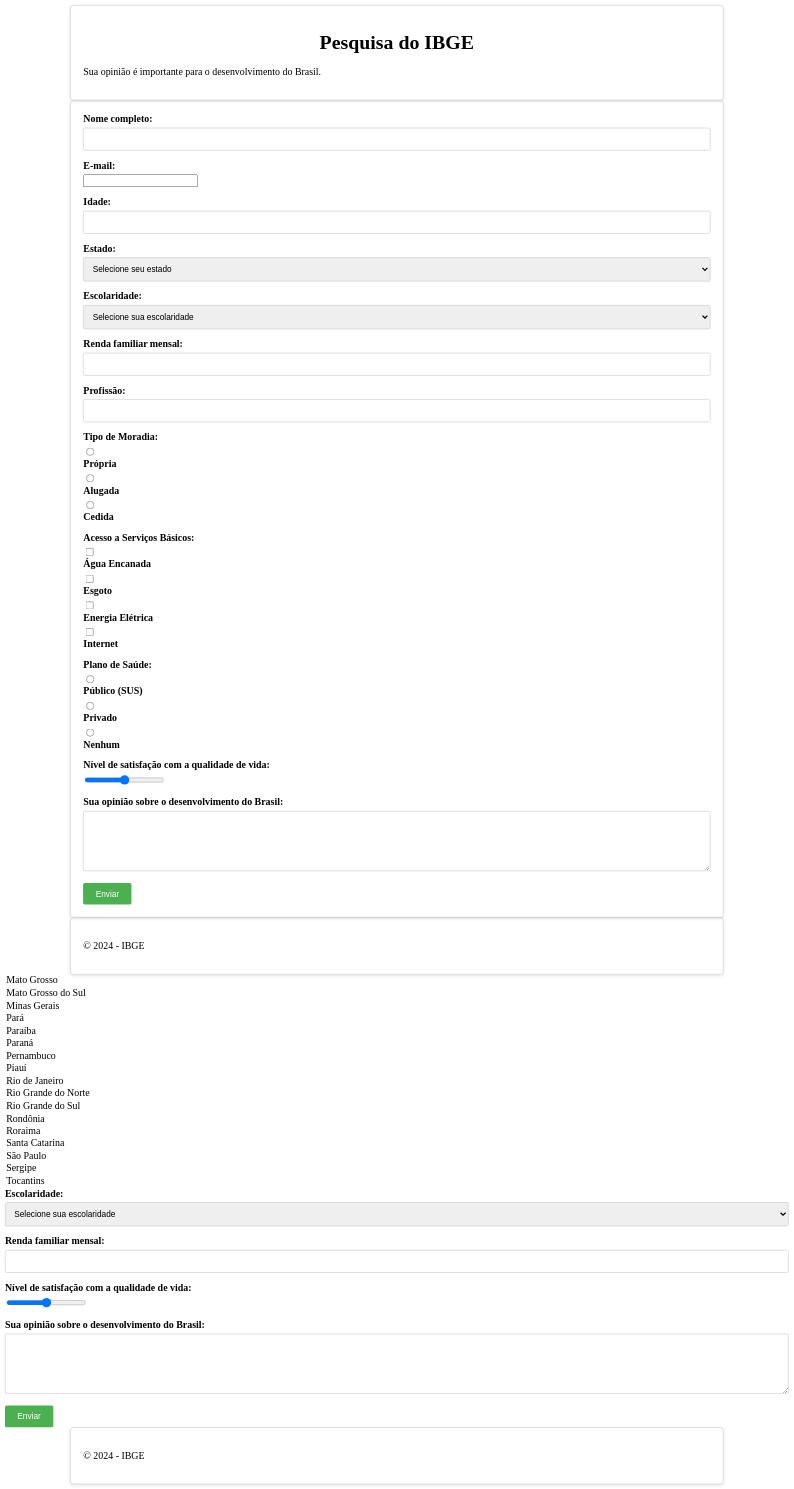
Repository: Gabrielb0rn/Projeto-Formul-rio.io
Page: index.html
An editor plug-in stored every save of this project. The page is shown before and after the next save, followed by the edit.
The browser window is 1280 px wide. The pictures show the whole page, at 62% of full size.

Above is the page before, as saved 2024-06-27 11:48:03.
Not found: assets/script.js

After the next save:
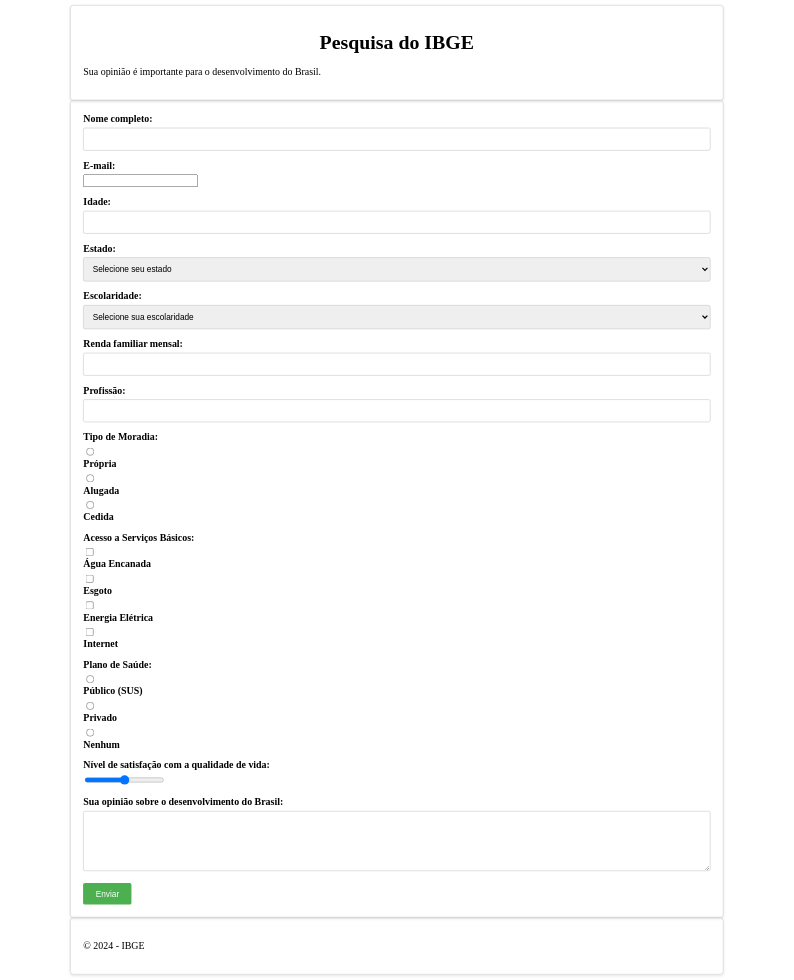
Saved 16 s later.
--- a/index.html
+++ b/index.html
@@ -127,60 +127,3 @@
                             <script src="assets/script.js"></script>
                         </body>
                         </html>
-
-                        <option value="MT">Mato Grosso</option>
-                        <option value="MS">Mato Grosso do Sul</option>
-                        <option value="MG">Minas Gerais</option>
-                        <option value="PA">Pará</option>
-                        <option value="PB">Paraíba</option>
-                        <option value="PR">Paraná</option>
-                        <option value="PE">Pernambuco</option>
-                        <option value="PI">Piauí</option>
-                        <option value="RJ">Rio de Janeiro</option>
-                        <option value="RN">Rio Grande do Norte</option>
-                        <option value="RS">Rio Grande do Sul</option>
-                        <option value="RO">Rondônia</option>
-                        <option value="RR">Roraima</option>
-                        <option value="SC">Santa Catarina</option>
-                        <option value="SP">São Paulo</option>
-                        <option value="SE">Sergipe</option>
-                        <option value="TO">Tocantins</option>
-                    </select>
-                </div>
-                <div class="form-group">
-                    <label for="escolaridade">Escolaridade:</label>
-                    <select id="escolaridade" name="escolaridade" required>
-                        <option value="">Selecione sua escolaridade</option>
-                        <option value="Fundamental Incompleto">Fundamental Incompleto</option>
-                        <option value="Fundamental Completo">Fundamental Completo</option>
-                        <option value="Médio Incompleto">Médio Incompleto</option>
-                        <option value="Médio Completo">Médio Completo</option>
-                        <option value="Superior Incompleto">Superior Incompleto</option>
-                        <option value="Superior Completo">Superior Completo</option>
-                        <option value="Pós-Graduação">Pós-Graduação</option>
-                    </select>
-                </div>
-                <div class="form-group">
-                    <label for="renda">Renda familiar mensal:</label>
-                    <input type="number" id="renda" name="renda" required>
-                </div>
-                <div class="form-group">
-                    <label for="satisfacao">Nível de satisfação com a qualidade de vida:</label>
-                    <input type="range" id="satisfacao" name="satisfacao" min="1" max="5" required>
-                </div>
-                <div class="form-group">
-                    <label for="opiniao">Sua opinião sobre o desenvolvimento do Brasil:</label>
-                    <textarea id="opiniao" name="opiniao" rows="5" required></textarea>
-                </div>
-                <button type="submit">Enviar</button>
-            </form>
-        </div>
-    </main>
-    <footer>
-        <div class="container">
-            <p>&copy; 2024 - IBGE</p>
-        </div>
-    </footer>
-    <script src="assets/script.js"></script>
-</body>
-</html>
